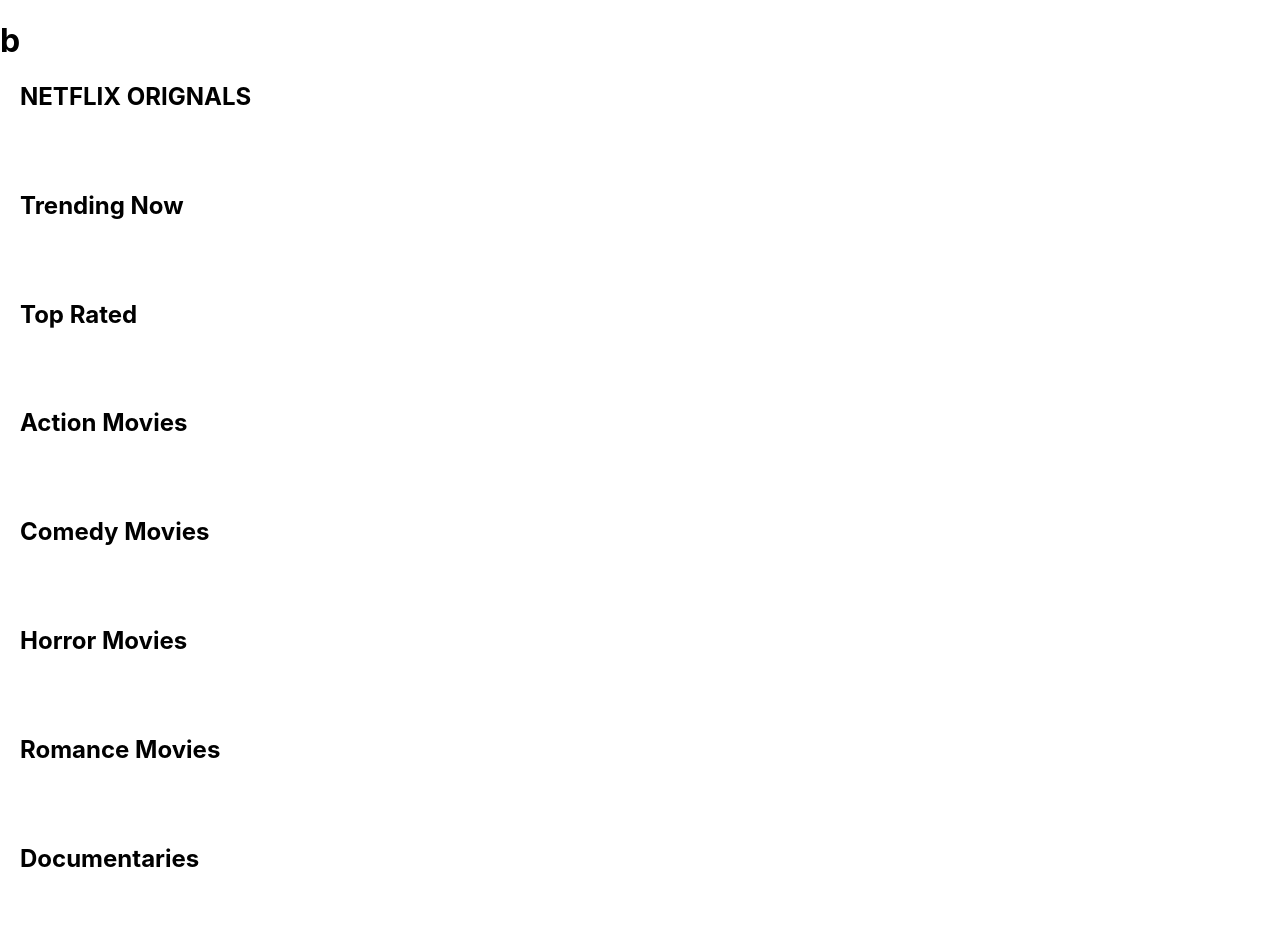
Repository: nourabdelhakam/Netflix-React
Page: /
The author's editor kept a copy of each file at every save. The page is drawn from the files as they stood at one save, then again after a run of saves.
The browser window is 1280 px wide. The pictures show the whole page.
Pictures or frames that could not be fetched are drawn as grey boxes. The page's requests for data from a server got no answer. The project was rebuilt for these pictures with package versions that can differ from the ones it lists, and the page was loaded fresh each time. No one was signed in, and anything a server would have sent is missing. Also part of the build but not shown: src/App.css, src/Banner.css.

Above is the page before, as saved 2021-03-31 23:44:12.

### src/App.js
import './App.css';
import Row from './Row';
import Banner from './Banner';
import requests from './requests'

function App() {
  return (
    <div className="App">
      <Banner />

      <Row title="NETFLIX ORIGNALS"  fetchUrl={requests.fetchNetflixOriginals} isLargeRow/>
      <Row title="Trending Now" fetchUrl={requests.fetchTrending}/>
      <Row title="Top Rated" fetchUrl={requests.fetchTopRated} />
      <Row title="Action Movies" fetchUrl={requests.fetchActionMovies} />
      <Row title="Comedy Movies" fetchUrl={requests.fetchComedyMovies} />
      <Row title="Horror Movies" fetchUrl={requests.fetchHorrorMovies} />
      <Row title="Romance Movies" fetchUrl={requests.fetchRomanceMovies} />
      <Row title="Documentaries" fetchUrl={requests.fetchDocumentaries} />
    </div>
  );
}

export default App;

### src/Row.js
import React, { useState, useEffect} from 'react';
import axios from './axios';
import './Row.css'

const baseImgUrl = "https://image.tmdb.org/t/p/original";

function Row({ title, fetchUrl, isLargeRow }) {

    const [movies, setMovies] = useState([]);

    useEffect(() => {

        async function fetchData() {
            const request = await axios.get(fetchUrl);
            setMovies(request.data.results);
            return request;
        }
        fetchData()
    }, [fetchUrl]);

    // console.log(movies)

    return (
        <div className="row">
           <h2>{ title }</h2>

           <div className="row__posters">
               {movies.map(movie => (
                   <img key={movie.id} className={`row__poster ${isLargeRow && "row__posterLarge"}`} src={`${baseImgUrl}${isLargeRow ? movie.poster_path : movie.backdrop_path}`} alt={movie.name}/>
               ))}
           </div>

        </div>
    )
}

export default Row

### src/Banner.js
import React, { useState, useEffect} from 'react';
import axios from './axios';
import requests from './requests';
import './Banner.css';

function Banner() {

    const [movie, setMovie] = useState();

    useEffect(() => {
        async function fetchData() {
            const request =  await axios.get(requests.fetchNetflixOriginals);
            console.log(request.data.results[Math.floor(Math.random() * request.data.results.length - 1)]);
            return request;
        }
        fetchData();
    }, []);

    return (
        <header>
            <h1>b</h1>
        </header>
    )
}

export default Banner

### src/requests.js
const API_KEY = "c22746c415b6e98e73f393e6301c7165";

const requests = {
    fetchTrending: `/trending/all/week?api_key=${API_KEY}&language=en-US`,
    fetchNetflixOriginals: `/discover/tv?api_key=${API_KEY}&with_networks=213`,
    fetchTopRated: `/movie/top_rated?api_key=${API_KEY}&language=en-US`,
    fetchActionMovies: `/discover/movie?api_key=${API_KEY}&with_genres=28`,
    fetchComedyMovies: `/discover/movie?api_key=${API_KEY}&with_genres=35`,
    fetchHorrorMovies: `/discover/movie?api_key=${API_KEY}&with_genres=27`,
    fetchRomanceMovies: `/discover/movie?api_key=${API_KEY}&with_genres=10749`,
    fetchDocumentaries: `/discover/movie?api_key=${API_KEY}&with_genres=99`,
  };

  export default requests;

### src/axios.js
import axios from 'axios'

const instance = axios.create({
    baseURL: "https://api.themoviedb.org/3",
})

export default instance;

### src/Row.css
.row {
    margin-left: 20px;
    /* color: #fff; */
}

.row__posters {
    display: flex;
    overflow-y: hidden;
    overflow-x: scroll;
    padding: 20px;
}
.row__posters::-webkit-scrollbar {
    display: none;
  }

.row__poster {
    object-fit: contain;
    width: 100%;
    max-height: 100px;
    transition: transform 450ms;
    margin-right: 10px;
}
.row__poster:hover {
    transform: scale(1.08);
}

.row__posterLarge {
    max-height: 250px;
}

.row__posterLarge:hover {
    transform: scale(1.09);
}

Loaded but not shown: public/index.html (common file); src/index.js (common file); src/index.css (common file); src/reportWebVitals.js (common file)

After the next 2 saves:
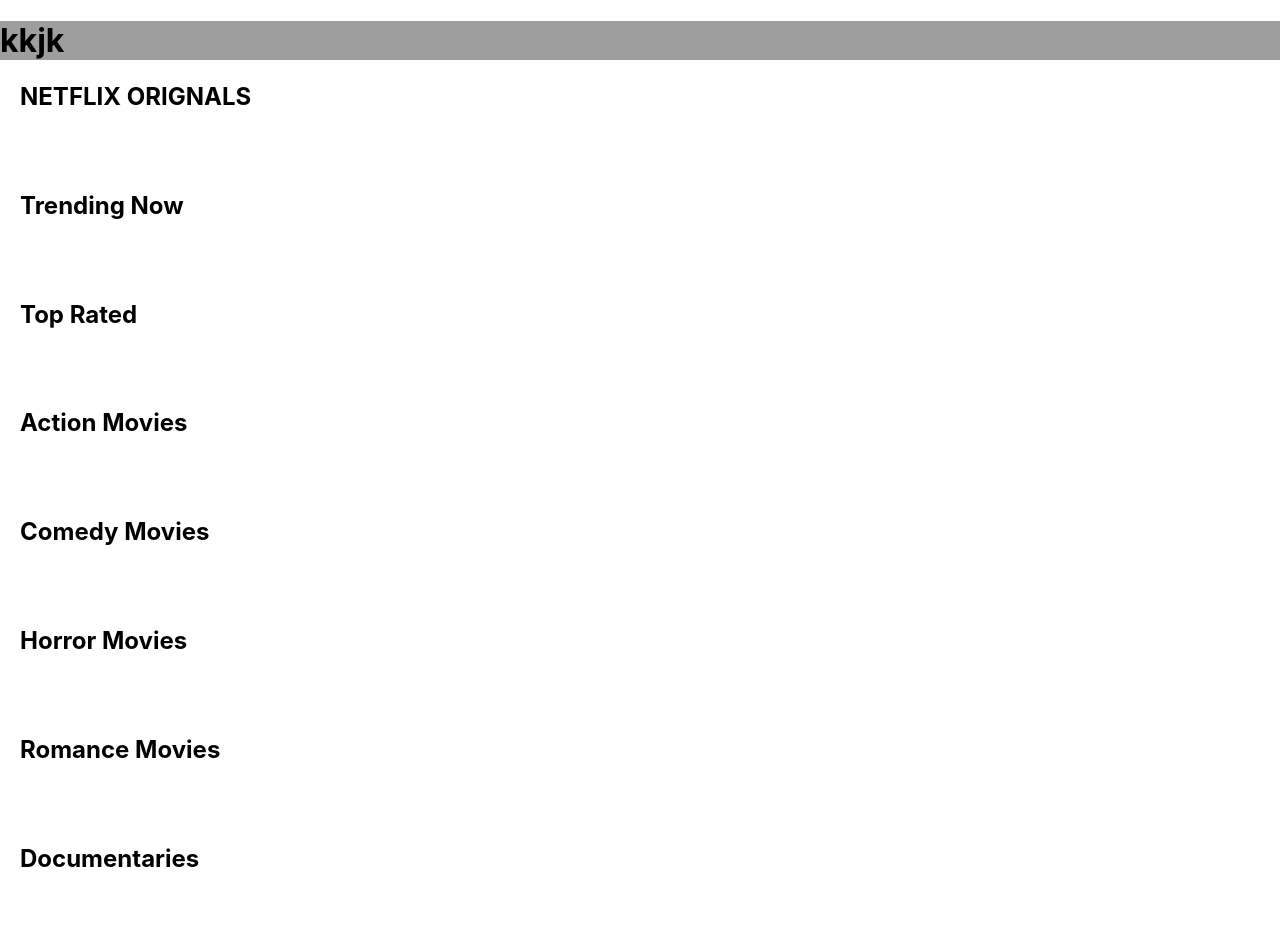
The 2 saves are shown as one change because 1 did not build or start.
The last was saved 15 min 44 s later.
--- a/src/Banner.js
+++ b/src/Banner.js
@@ -10,15 +10,23 @@
     useEffect(() => {
         async function fetchData() {
             const request =  await axios.get(requests.fetchNetflixOriginals);
-            console.log(request.data.results[Math.floor(Math.random() * request.data.results.length - 1)]);
+            setMovie(request.data.results[Math.floor(Math.random() * request.data.results.length - 1)]);
             return request;
         }
         fetchData();
     }, []);
 
     return (
-        <header>
-            <h1>b</h1>
+        <header className="banner"
+        style={{
+            backgroundImage: `url("https://image.tmdb.org/t/p/original${movie?.backdrop_path}")`,
+            backgroundPosition: "center center",
+            backgroundSize: "cover",
+        }}
+        >
+            <div className="banner__content">
+                <h1 className="banner__title">kkjk</h1>
+            </div>
         </header>
     )
 }
